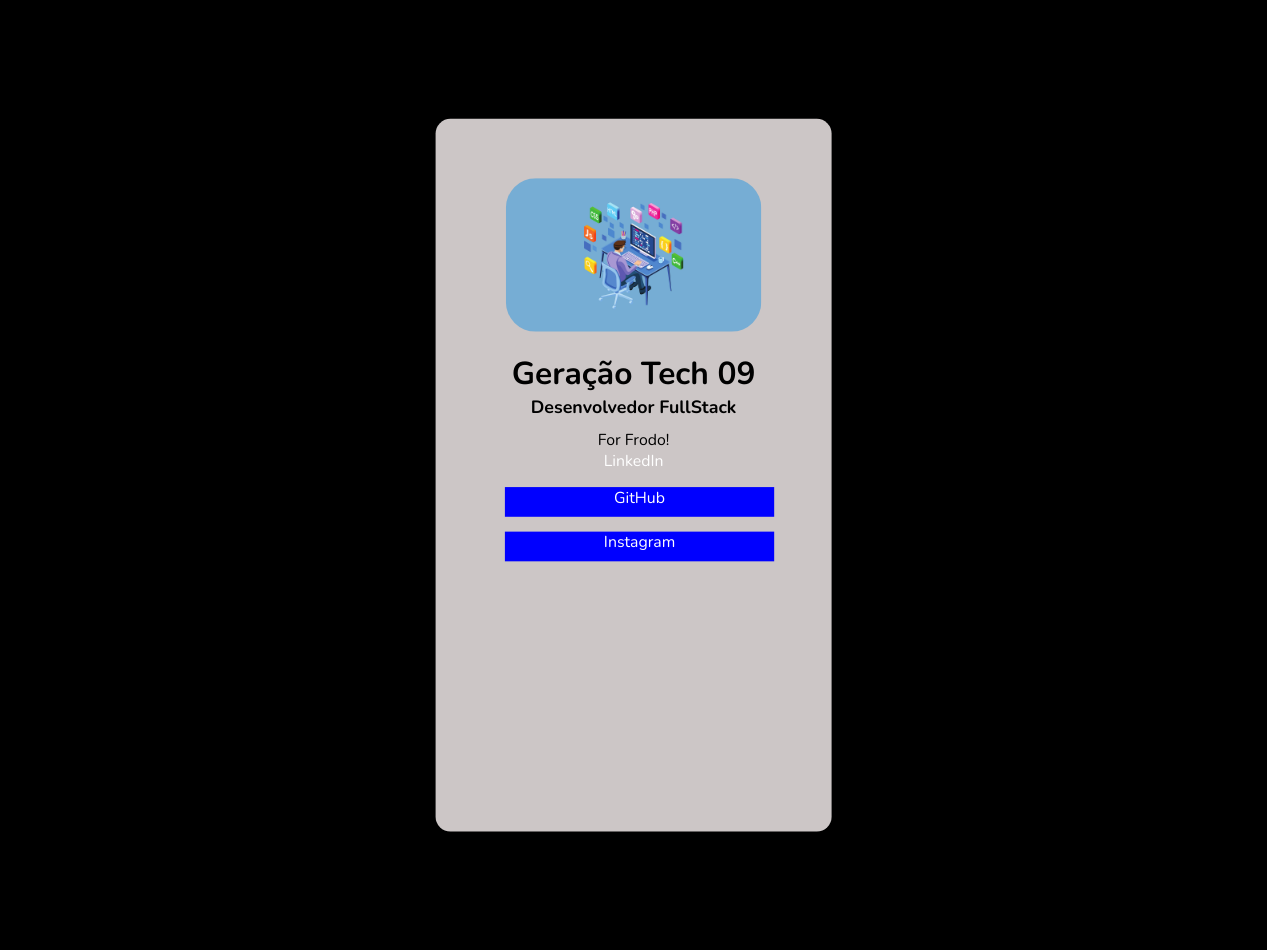
Repository: medeirosregis/linktree-gt09
Page: index.html
The author's editor kept a copy of each file at every save. The page is drawn from the files as they stood at one save, then again after the next save.
The browser window is 1280 px wide. The pictures show the whole page, at 99% of full size.

Above is the page before, as saved 2025-04-11 09:28:56.

### index.html
<!DOCTYPE html>
<html lang="pt-br">
<head>
    <meta charset="UTF-8">
    <meta name="viewport" content="width=device-width, initial-scale=1.0">
    <title>Linktree</title>
    <link rel="stylesheet" href="style.css">
    <link rel="preconnect" href="https://fonts.googleapis.com">
    <link rel="preconnect" href="https://fonts.gstatic.com" crossorigin>
    <link href="https://fonts.googleapis.com/css2?family=Nunito:ital,wght@0,200..1000;1,200..1000&display=swap" rel="stylesheet">

</head>
<body>
    <div class="container-main">
        <div class="container-image">

            <img src="./assets/freelance-work-7308505_1280.png" alt="image-profile"/>
        <div class="container-infos">
            <h1>Geração Tech 09</h1>
            <h2>Desenvolvedor FullStack</h2>
        </div>
        <div class="container-easter-egg">
            <p>For Frodo!</p>
        </div>
        <div class="container-social">
            <ul>
                <a href="https://www.linkedin.com/login/pt" target="_blank" >
                        LinkedIn
                </li>
                <li>
                    <a href="https://github.com/medeirosregis" target="_blank">
                        GitHub
                </li>
                <li>
                    <a href="https://instagram.com/" target="_blank">
                        Instagram
                </li>
            </ul>
        </div>
    </div>
</body>
</html>

### style.css
*{
    font-family: "Nunito", sans-serif;
    margin: 0;
    padding: 0;
    box-sizing: border-box;

}

body {
    background-color:rgb(0, 0, 0);
}

.container-main {
    background-color: #ccc6c6;
    width: 400px;
    height: 720px;
    box-sizing: border-box;
    margin: 120px auto;
    padding: 60px 70px;
    border-radius: 15px;
    text-align: center;
}

.container-image {
    margin: 0;

    & img {
        width: 258px;
        border-radius: 30px;
    }
}
.container-infos {
    margin-top: 15px;
    margin-bottom: 10px;
}
.container-infos h1 {
    font-weight: 700px;
}
.container-infos h2 {
    font-weight: 600px;
    font-size: 18px;
}
.container-social ul {
    list-style-type: none;
}
.container-social a {
    text-decoration: none;
    color: white;
}
.container-social li {
    width: 272px;
    height: 30px;
    background-color: blue;
    margin: 15px 0;
}

After the next save:
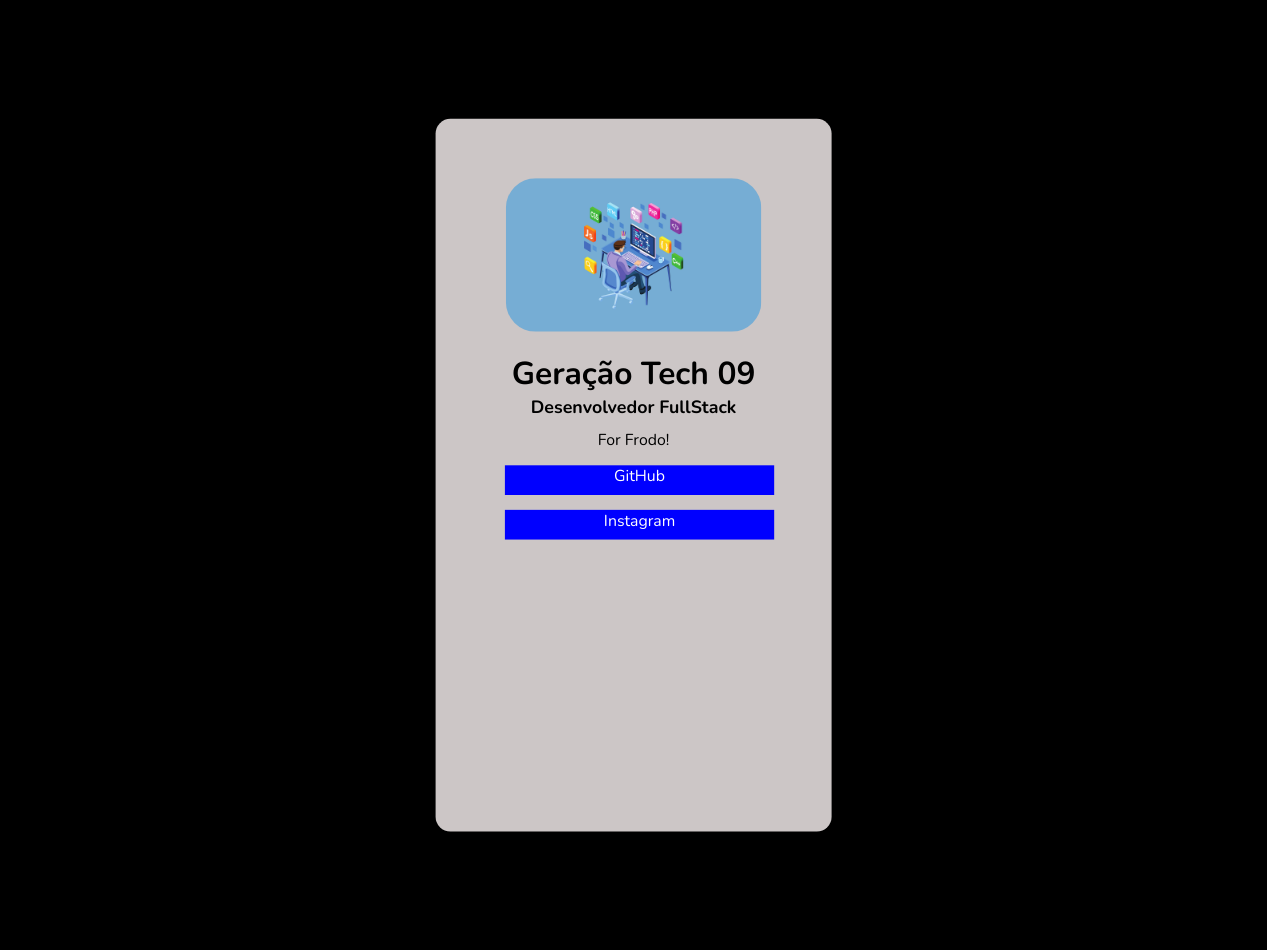
Saved 5 s later.
--- a/index.html
+++ b/index.html
@@ -25,8 +25,7 @@
         <div class="container-social">
             <ul>
                 <a href="https://www.linkedin.com/login/pt" target="_blank" >
-                        LinkedIn
-                </li>
+
                 <li>
                     <a href="https://github.com/medeirosregis" target="_blank">
                         GitHub
